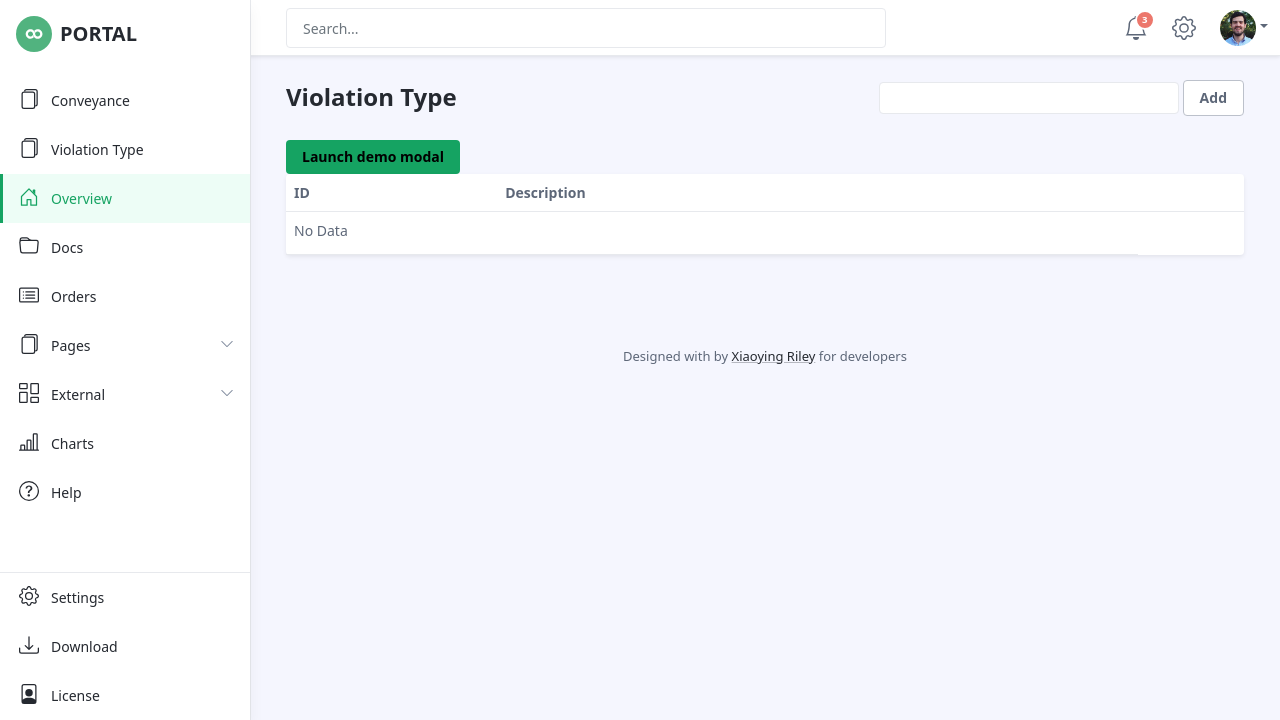
Repository: jaden14/quarry_vehicle
Page: http://localhost/violationtype
The author's editor kept a copy of each file at every save. The page is drawn from the files as they stood at one save, then again after the next save.
The browser window is 1280 px wide. The pictures show the whole page.
Some web libraries are served in a nearby version. The page is served by the project's Laravel application, run on PHP 8.4 with Laravel 8. A made-up administrator, Test User (test@example.com), is signed in. Other server files are loaded and not shown. Queries for data that is not in the repository find no rows.

Above is the page before, as saved 2022-03-18 14:09:11.
Console error: TypeError: Cannot read properties of null (reading 'getContext')

### routes/web.php
<?php

use Illuminate\Http\Request;
use Illuminate\Support\Facades\DB;
use Illuminate\Support\Facades\Route;

use App\Http\Controllers\ConveyanceController;
use App\Http\Controllers\ViolationTypeController;

/*
|--------------------------------------------------------------------------
| Web Routes
|--------------------------------------------------------------------------
|
| Here is where you can register web routes for your application. These
| routes are loaded by the RouteServiceProvider within a group which
| contains the "web" middleware group. Now create something great!
|
*/

Route::get('/', function () {
    return view('auth.login');
});

Auth::routes();

Route::get('/home', [App\Http\Controllers\HomeController::class, 'index'])->name('home');


Route::middleware(['auth'])->group(function () {

    /**
     * Conveyance Route
     */
    Route::resource('/conveyance', ConveyanceController::class)->except([
        'create', 'show'
    ]);
    /**
     * Violation Type Route
     */
    Route::resource('/violationtype', ViolationTypeController::class)->except([
        'create', 'show'
    ]);

});

### app/Http/Controllers/ViolationTypeController.php
<?php

namespace App\Http\Controllers;

use App\Models\ViolationType;
use Illuminate\Http\Request;
use Session;

class ViolationTypeController extends Controller
{
    /**
     * Display a listing of the resource.
     *
     * @return \Illuminate\Http\Response
     */
    public function index()
    {
        $violationtypes = ViolationType::select('id', 'description')->paginate(20);

        return view('ViolationType.index', compact('violationtypes'));
    }

    /**
     * Show the form for creating a new resource.
     *
     * @return \Illuminate\Http\Response
     */
    public function create()
    {
        //
    }

    /**
     * Store a newly created resource in storage.
     *
     * @param  \Illuminate\Http\Request  $request
     * @return \Illuminate\Http\Response
     */
    public function store(Request $request)
    {
        $request->validate([
            'description'   => ['required', 'max:255', 'string']
        ]);

        ViolationType::create([
            'description'   =>  $request->description
        ]);

        \Session::flash('success', $request->description . ' has been added successfully.');

        return redirect()->route('violationtype.index');
    }

    /**
     * Display the specified resource.
     *
     * @param  int  $id
     * @return \Illuminate\Http\Response
     */
    public function show($id)
    {
        //
    }

    /**
     * Show the form for editing the specified resource.
     *
     * @param  int  $id
     * @return \Illuminate\Http\Response
     */
    public function edit(ViolationType $violationtype)
    {
        return view('ViolationType.edit', compact('violationtype'));
    }

    /**
     * Update the specified resource in storage.
     *
     * @param  \Illuminate\Http\Request  $request
     * @param  int  $id
     * @return \Illuminate\Http\Response
     */
    public function update(Request $request, ViolationType $violationtype)
    {
        $request->validate([
            'description'   => ['required', 'max:255', 'string']
        ]);

        $violationtype->update([
            'description'   =>  $request->description
        ]);

        \Session::flash('success', $request->description . ' modified successfully.');

        return redirect()->route('violationtype.index');
    }

    /**
     * Remove the specified resource from storage.
     *
     * @param  int  $id
     * @return \Illuminate\Http\Response
     */
    public function destroy(ViolationType $violationtype)
    {
        $violationtype->delete();

        // return to_route('conveyance.index');
        return redirect()->route('violationtype.index');
    }
}

### app/Models/ViolationType.php
<?php

namespace App\Models;

use Illuminate\Database\Eloquent\Factories\HasFactory;
use Illuminate\Database\Eloquent\Model;

class ViolationType extends Model
{
    use HasFactory;
    protected $fillable = ['description'];
}

### resources/views/ViolationType/index.blade.php
@extends('layouts.app')

@section('content')
<div class="container-xl">

    <div class="row g-3 mb-4 align-items-center justify-content-between">
        <div class="col-auto">
            <h1 class="app-page-title mb-0">Violation Type</h1>
        </div>
        <div class="col-auto">
            <div class="page-utilities">
                <div class="col-auto">
                        <form class="table-search-form row gx-1 align-items-center" action="{{ route('violationtype.store') }}" method="POST">
                            @csrf

                            <div class="col-auto">
                                <input type="text" name="description" class="form-control search-orders">
                            </div>
                            <div class="col-auto">
                                <button type="submit" class="btn app-btn-secondary">Add</button>
                            </div>
                        </form>

                    </div><!--//col-->
            </div><!--//table-utilities-->
        </div><!--//col-auto-->
    </div><!--//row-->

<!-- Button trigger modal -->
<button type="button" class="btn btn-primary" data-toggle="modal" data-target="#exampleModalCenter">
  Launch demo modal
</button>

<!-- Modal -->
<div class="modal fade" id="exampleModalCenter" tabindex="-1" role="dialog" aria-labelledby="exampleModalCenterTitle" aria-hidden="true">
  <div class="modal-dialog modal-dialog-centered" role="document">
    <div class="modal-content">
      <div class="modal-header">
        <h5 class="modal-title" id="exampleModalLongTitle">Modal title</h5>
        <button type="button" class="close" data-dismiss="modal" aria-label="Close">
          <span aria-hidden="true">&times;</span>
        </button>
      </div>
      <div class="modal-body">
        ...
      </div>
      <div class="modal-footer">
        <button type="button" class="btn btn-secondary" data-dismiss="modal">Close</button>
        <button type="button" class="btn btn-primary">Save changes</button>
      </div>
    </div>
  </div>
</div>


    <div class="tab-content" id="orders-table-tab-content">
        <div class="tab-pane fade show active" id="orders-all" role="tabpanel" aria-labelledby="orders-all-tab">
            <div class="app-card app-card-orders-table shadow-sm mb-5">
                <div class="app-card-body">
                    <div class="table-responsive">
                        <table class="table app-table-hover mb-0 text-left">
                            <thead>
                                <tr>
                                    <th class="cell">ID</th>
                                    <th class="cell">Description</th>
                                    <th class="cell"></th>
                                </tr>
                            </thead>
                            <tbody>
                                @forelse($violationtypes as $violationtype)
                                    <tr>
                                        <td class="cell">{{ $violationtype->id }}</td>
                                        <td class="cell"><span class="truncate">{{ $violationtype->description }}</span></td>
                                        <td class="cell">
                                            <form id="conveyance-delete" action="{{ route('violationtype.destroy', $violationtype) }}" method="POST">
                                                @csrf
                                                @method('DELETE')

                                                <a class="btn-sm app-btn-secondary m-2" href="{{ route('violationtype.edit', $violationtype) }}">Edit</a>

                                                <button class="btn-sm app-btn-secondary" type="submit">Delete</button>
                                            </form>
                                @empty
                                        </td>
                                    </tr>
                                    <tr>
                                        <td class="cell" colspan="2"><span class="truncate">No Data</span></td>
                                    </tr>
                                @endforelse
                            </tbody>
                        </table>
                    </div><!--//table-responsive-->

                </div><!--//app-card-body-->
            </div><!--//app-card-->
            <nav class="app-pagination">
                {{--  {!! $conveyances->links() !!}  --}}
            </nav><!--//app-pagination-->

        </div><!--//tab-pane-->
    </div><!--//tab-content-->
</div>
@endsection

### resources/views/layouts/app.blade.php
<!doctype html>
<html lang="en">
<head>
  <title>Portal</title>

    <!-- Meta -->
    <meta charset="utf-8">
    <meta http-equiv="X-UA-Compatible" content="IE=edge">
    <meta name="viewport" content="width=device-width, initial-scale=1.0">

    <meta name="description" content="Portal - Bootstrap 5 Admin Dashboard Template For Developers">
    <meta name="author" content="Xiaoying Riley at 3rd Wave Media">
    <link rel="shortcut icon" href="favicon.ico">

    <!-- App CSS -->
    {{-- <link rel="stylesheet" href="{{ asset('css/app.css') }}"> --}}
    <link rel="stylesheet" href="{{ asset('assets/css/portal.css') }}">

</head>
<body class="app" cz-shortcut-listen="true">
    <div id="app">
        <header class="app-header fixed-top">
            @include('layouts.components.navbar')
            @include('layouts.components.sidebar')
        </header>

        <div class="app-wrapper">
            <div class="app-content pt-3 p-md-3 p-lg-4" >
                @yield('content')
                <!--//container-fluid-->
            </div>
            @include('layouts.components.footer')
        </div>
    </div>
    <script src="{{ asset('assets/plugins/popper.min.js') }}"></script>
    <script src="{{ asset('assets/plugins/bootstrap/js/bootstrap.min.js') }}"></script>

    <!-- Charts JS -->
    <script src="{{ asset('assets/plugins/chart.js/chart.min.js') }}"></script>
    <script src="{{ asset('assets/js/index-charts.js') }}"></script>

    <!-- Page Specific JS -->
    <script src="{{ asset('assets/js/app.js') }}"></script>

    <script src="https://code.jquery.com/jquery-3.2.1.slim.min.js" integrity="sha384-KJ3o2DKtIkvYIK3UENzmM7KCkRr/rE9/Qpg6aAZGJwFDMVNA/GpGFF93hXpG5KkN" crossorigin="anonymous"></script>
    <script src="https://cdnjs.cloudflare.com/ajax/libs/popper.js/1.12.9/umd/popper.min.js" integrity="sha384-ApNbgh9B+Y1QKtv3Rn7W3mgPxhU9K/ScQsAP7hUibX39j7fakFPskvXusvfa0b4Q" crossorigin="anonymous"></script>
    <script src="https://maxcdn.bootstrapcdn.com/bootstrap/4.0.0/js/bootstrap.min.js" integrity="sha384-JZR6Spejh4U02d8jOt6vLEHfe/JQGiRRSQQxSfFWpi1MquVdAyjUar5+76PVCmYl" crossorigin="anonymous"></script>

</body>
</html>

### resources/views/layouts/components/footer.blade.php
 <footer class="app-footer">
             <div class="container text-center py-3">
                 <!--/* This template is free as long as you keep the footer attribution link. If you'd like to use the template without the attribution link, you can buy the commercial license via our website: themes.3rdwavemedia.com Thank you for your support. :) */-->
            <small class="copyright">Designed with <i class="fas fa-heart" style="color: #fb866a;"></i> by <a class="app-link" href="http://themes.3rdwavemedia.com" target="_blank">Xiaoying Riley</a> for developers</small>

            </div>
        </footer>

Loaded but not shown: app/Http/Controllers/Auth/ConfirmPasswordController.php (common file); app/Http/Controllers/Controller.php (common file); app/Models/User.php (common file); public/assets/css/portal.css (library); public/assets/plugins/popper.min.js (library); public/assets/plugins/bootstrap/js/bootstrap.min.js (library); public/assets/plugins/chart.js/chart.min.js (library); public/assets/images/app-logo.svg (21 lines, source omitted); public/assets/js/index-charts.js (223 lines, source omitted); public/assets/js/app.js (94 lines, source omitted); resources/views/layouts/components/sidebar.blade.php (197 lines, source omitted); resources/views/layouts/components/navbar.blade.php (141 lines, source omitted)

After the next save:
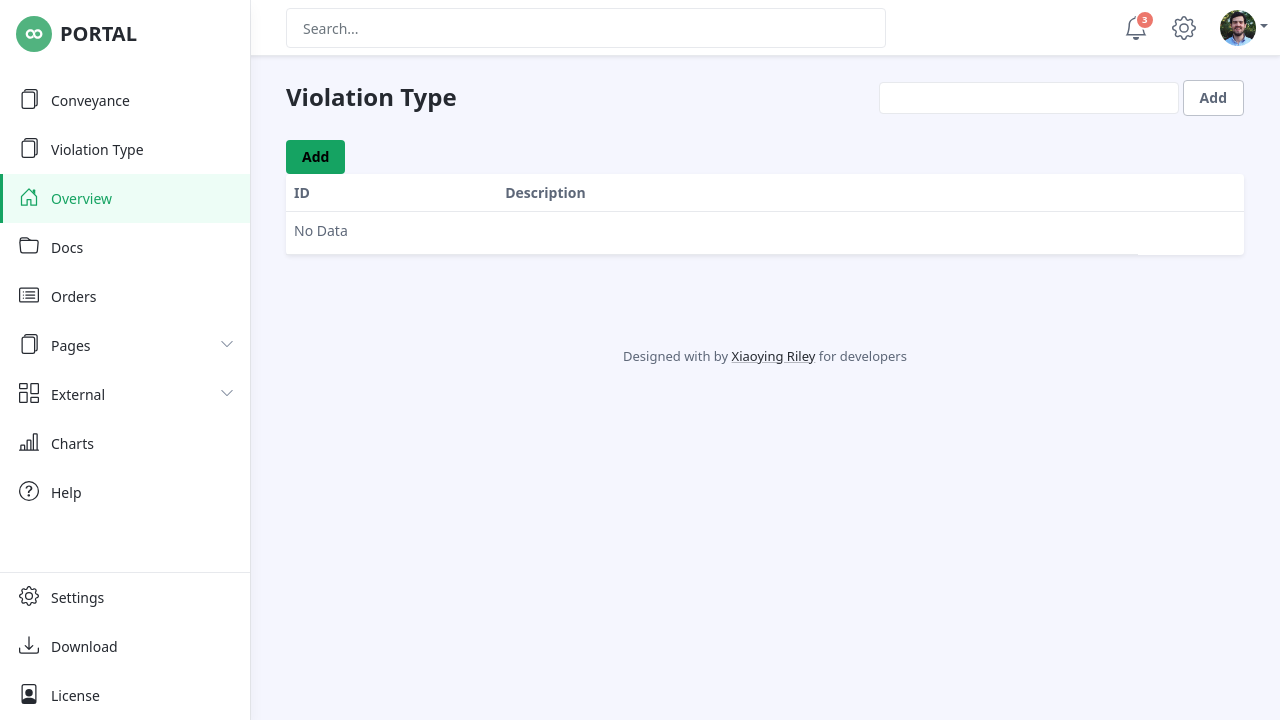
Saved 3 min 53 s later.
--- a/resources/views/ViolationType/index.blade.php
+++ b/resources/views/ViolationType/index.blade.php
@@ -27,27 +27,34 @@
     </div><!--//row-->
 
 <!-- Button trigger modal -->
-<button type="button" class="btn btn-primary" data-toggle="modal" data-target="#exampleModalCenter">
-  Launch demo modal
+<button type="button" class="btn btn-primary" data-toggle="modal" data-target="#addViolationType">
+  Add
 </button>
 
 <!-- Modal -->
-<div class="modal fade" id="exampleModalCenter" tabindex="-1" role="dialog" aria-labelledby="exampleModalCenterTitle" aria-hidden="true">
+<div class="modal fade" id="addViolationType" tabindex="-1" role="dialog" aria-labelledby="exampleModalCenterTitle" aria-hidden="true">
   <div class="modal-dialog modal-dialog-centered" role="document">
     <div class="modal-content">
-      <div class="modal-header">
-        <h5 class="modal-title" id="exampleModalLongTitle">Modal title</h5>
-        <button type="button" class="close" data-dismiss="modal" aria-label="Close">
-          <span aria-hidden="true">&times;</span>
-        </button>
-      </div>
-      <div class="modal-body">
-        ...
-      </div>
-      <div class="modal-footer">
-        <button type="button" class="btn btn-secondary" data-dismiss="modal">Close</button>
-        <button type="button" class="btn btn-primary">Save changes</button>
-      </div>
+
+        <form class="table-search-form row gx-1 align-items-center" action="{{ route('violationtype.store') }}" method="POST">
+            @csrf
+            <div class="modal-header">
+                <h5 class="modal-title" id="exampleModalLongTitle">Modal title</h5>
+                <button type="button" class="close" data-dismiss="modal" aria-label="Close">
+                <span aria-hidden="true">&times;</span>
+                </button>
+            </div>
+            <div class="modal-body">
+                <div class="col-auto">
+                <input type="text" name="description" class="form-control search-orders">
+            </div>
+            </div>
+            <div class="modal-footer">
+                <button type="button" class="btn btn-secondary" data-dismiss="modal">Close</button>
+                <button type="submit" class="btn app-btn-secondary">Add</button>
+            </div>
+        </form>
+
     </div>
   </div>
 </div>
